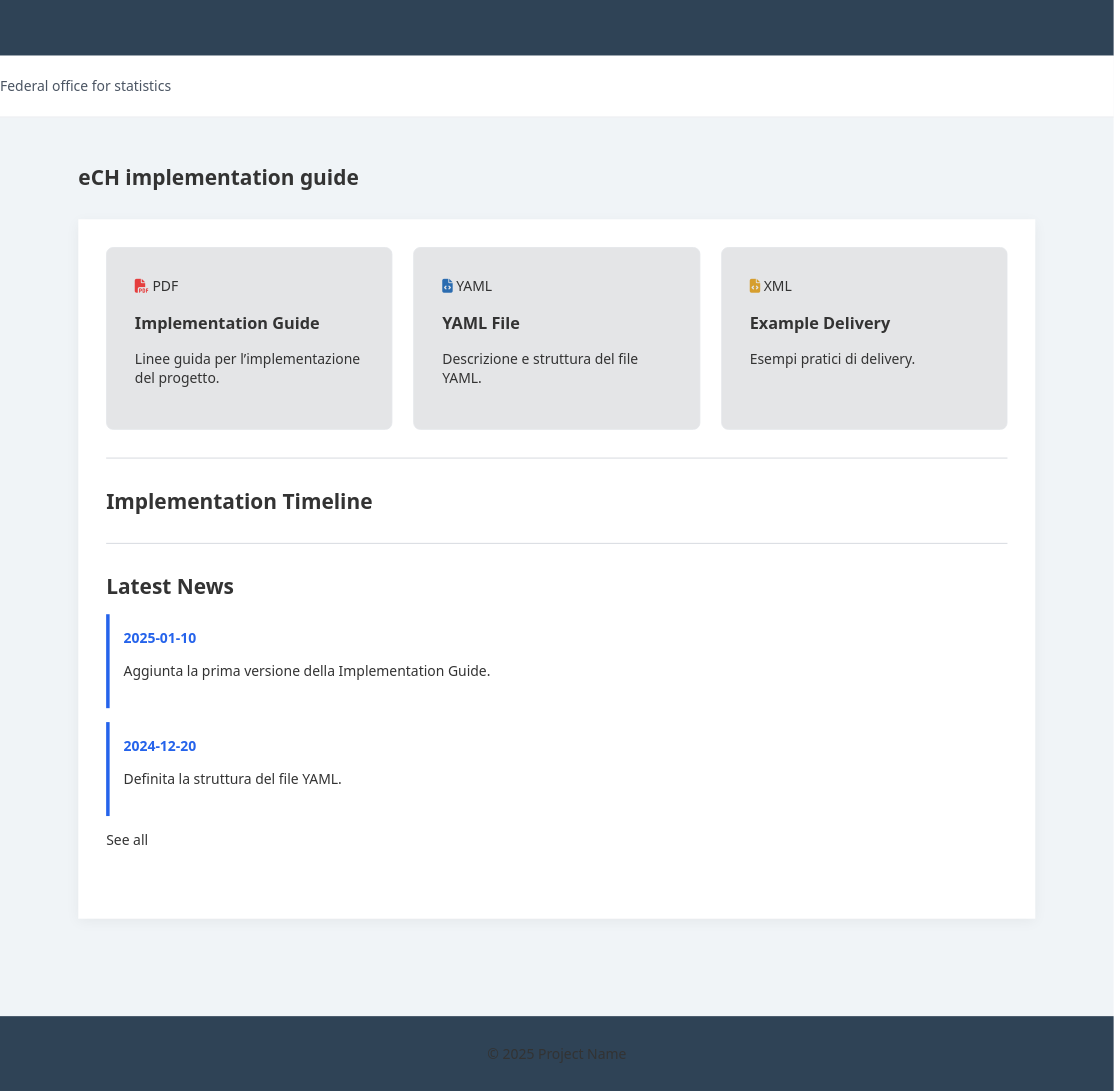
Repository: bfspoku/ech-0252-docs
Page: index.html
The author's editor kept a copy of each file at every save. The page is drawn from the files as they stood at one save, then again after the next save.
The browser window is 1280 px wide. The pictures show the whole page, at 87% of full size.

Above is the page before, as saved 2025-12-16 16:03:22.

### index.html
<!-- LINK FOR FONTS -->
<link rel="preconnect" href="https://fonts.googleapis.com">
<link rel="preconnect" href="https://fonts.gstatic.com" crossorigin>
<link href="https://fonts.googleapis.com/css2?family=Noto+Sans:ital,wght@0,400;0,600;0,700;1,400&display=swap" rel="stylesheet">
<!-- LINK FOR SVG -->
<link rel="stylesheet" href="https://cdnjs.cloudflare.com/ajax/libs/font-awesome/6.5.0/css/all.min.css">

<!DOCTYPE html>
<html lang="it">
<head>
  <meta charset="UTF-8">
  <title>eCH implementation guide</title>
  <link rel="stylesheet" href="css/style.css">
</head>
<body>

<header>

</header>

<section class="sub-banner">
      <p>Federal office for statistics</p>
</section>


<main>
    <h2>eCH implementation guide</h2>
    <section class = "wrapper">

        <!-- CARDS -->
        <section class="cards">
            <a class="card" href="implementation-guide.html">
            <i class="fas fa-file-pdf" style="color:#E53E3E;"></i> PDF
            <h3>Implementation Guide</h3>
            <p>Linee guida per l’implementazione del progetto.</p>
            </a>

            <a class="card" href="yaml-file.html">
            <i class="fas fa-file-code" style="color:#2B6CB0;"></i> YAML
            <h3>YAML File</h3>
            <p>Descrizione e struttura del file YAML.</p>
            </a>

            <a class="card" href="example-delivery.html">
            <i class="fas fa-file-code" style="color:#D69E2E;"></i> XML
            <h3>Example Delivery</h3>
            <p>Esempi pratici di delivery.</p>
            </a>
        </section>

        <div class="divider"></div>

        <!-- INFORMATION -->
        <section class="information">

            <h2> Implementation Timeline<h2>

            <div class="divider"></div>

            <h2>Latest News</h2>

            <ul class="updates">
            <li>
                <span class="date">2025-01-10</span>
                <p>Aggiunta la prima versione della Implementation Guide.</p>
            </li>
            <li>
                <span class="date">2024-12-20</span>
                <p>Definita la struttura del file YAML.</p>
            </li>
            </ul>
            <p>See all</p>
        </section>

    </section>

</main>

<footer>
  <p>© 2025 Project Name</p>
</footer>

</body>
</html>

### css/style.css
body {
    font-family: 'Noto Sans', system-ui, -apple-system, BlinkMacSystemFont,
    'Segoe UI', Roboto, Ubuntu, Cantarell, 'Helvetica Neue',
    Arial, sans-serif;
    margin: 0;
    background: #f0f4f7;
    color: #333;
  }

  header {
    background: #2f4356;
    color: white;
    padding: 2rem;
  }

  /* SUB-BANNER */
  .sub-banner {
    background-color: white;   /* bianco puro */
    padding: 1.5rem 0;         /* verticale */
    border-bottom: 1px solid #e5e7eb; /* linea di separazione */
  }

  .sub-banner h2 {
    margin: 0 0 0.5rem 0;
    font-weight: 600;
    color: #111827;
  }

  .sub-banner p {
    margin: 0;
    color: #4b5563;
    font-size: 16px;
  }

  main {
    padding: 2rem;
    max-width: 1100px;
    margin: auto;
  }

  h1, h2 {
    margin-bottom: 1rem;
  }

  .divider {
    width: 100%;             /* prende tutta la larghezza della wrapper o del container */
    height: 1px;             /* spessore della linea */
    background: #d1d5db;
    margin: 2rem 0;          /* spazio sopra e sotto */
    border: none;
  }

  /* Main wrapper for all the pages */
  .wrapper {
    max-width: 1100px;      /* larghezza massima */
    margin: 2rem auto;      /* centrato orizzontalmente, margine verticale */
    padding: 2rem;          /* spazio interno */
    background-color: #ffffff;  /* bianco-beige chiaro */
    box-shadow: 0 4px 15px rgba(0,0,0,0.05); /* leggero effetto profondità */
  }

  /* INFORMATION */
  .information {
    margin-bottom: 3rem;
  }

  .updates {
    list-style: none;
    padding: 0;
  }

  .updates li {
    background: white;
    padding: 1rem;
    border-left: 4px solid #2563eb;
    margin-bottom: 1rem;
  }

  .date {
    font-weight: bold;
    color: #2563eb;
  }

  /* CARDS */
  .cards {
    display: grid;
    grid-template-columns: repeat(auto-fit, minmax(250px, 1fr));
    gap: 1.5rem;
  }

  .card {
    background: #e4e5e7;
    padding: 2rem;
    text-decoration: none;
    color: inherit;
    border: 1px solid #e5e7eb;
    border-radius: 8px;
    transition: transform 0.2s, box-shadow 0.2s;
  }

  .card:hover {
    transform: translateY(-5px);
    box-shadow: 0 10px 20px rgba(0,0,0,0.1);
  }

  footer {
    text-align: center;
    padding: 1rem;
    background: #2f4356;
    margin-top: 3rem;
  }

After the next save:
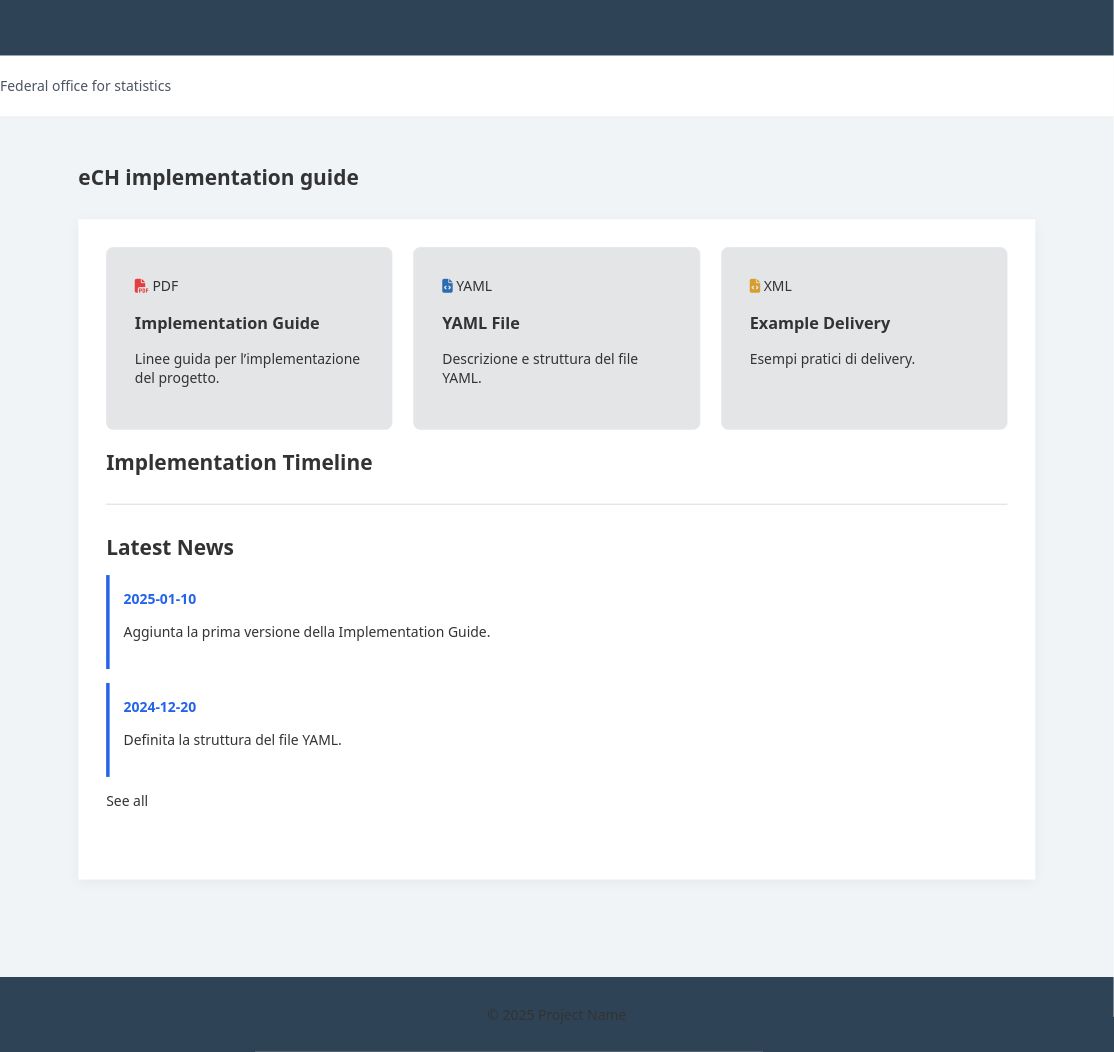
Saved 9 s later.
--- a/index.html
+++ b/index.html
@@ -48,8 +48,6 @@
             </a>
         </section>
 
-        <div class="divider"></div>
-
         <!-- INFORMATION -->
         <section class="information">
 
